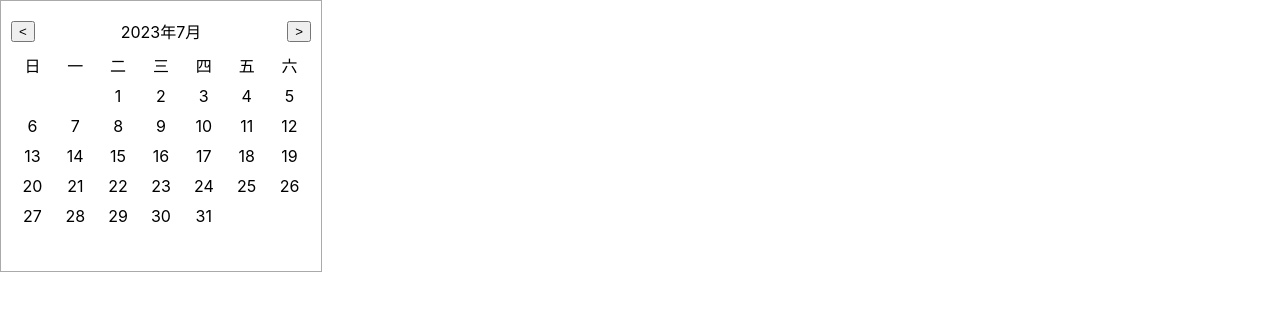
Repository: yychuiyan/calendar
Page: /
These files come from the project's save history. The page is drawn as it stood at one moment and after the next save; the edit follows.
The browser window is 1280 px wide. The pictures show the whole page.
The project was rebuilt for these pictures with package versions that can differ from the ones it lists, and the page was loaded fresh each time.

Above is the page before, as saved 2023-07-20 13:35:08.

### src/App.tsx
import React from 'react'
import Calendar from './component/Calendar'
const App = () => {
  return (
    <div>
      <Calendar />
    </div>
  )
}

export default App

### src/component/Calendar.tsx
import React, { useState } from 'react'
import './index.css'
import { monthDate } from '../utils/month'
const Calendar = () => {
  // 保存当前日期
  const [date, setDate] = useState(new Date())
  // 点击左侧按钮
  const handlePrevMonth = () => {
    setDate(new Date(date.getFullYear(), date.getMonth() - 1, 1))
  };
  // 点击右侧按钮
  const handleNextMonth = () => {
    setDate(new Date(date.getFullYear(), date.getMonth() + 1, 1))
  }
  // 计算当前月有多少天
  const daysOfMonth = (year: number, month: number) => {
    // 当date传入0的时候默认取上个月的最后一天，-1则为上个月倒数第二天，以此类推
    return new Date(year, month + 1, 0).getDate()
  }
  // 计算当前月的第一天是星期几
  const firstDayOfMonth = (year: number, month: number) => {
    return new Date(year, month, 1).getDay();
  }
  // 定义一个函数存储渲染的内容
  const renderDates = () => {
    // 定义一个数组存储恩日哦功能
    const days = []
    // 计算当前月有多少天
    const daysCount = daysOfMonth(date.getFullYear(), date.getMonth())
    // 计算当前月的第一天是星期几
    const firstDay = firstDayOfMonth(date.getFullYear(), date.getMonth())
    // 已经知道从哪里开始渲染，渲染多少天后进行循环
    for (let i = 0; i < firstDay; i++) {
      days.push(<div key={`empty-${i}`} className="empty"></div>);
    }
    for (let i = 1; i <= daysCount; i++) {
      days.push(<div key={i} className='day'>{i}</div>)
    }
    return days;
  }
  return (
    <div className="calendar">
      <div className="header">
        <button onClick={handlePrevMonth}>&lt;</button>
        <div>{date.getFullYear()}年{monthDate[date.getMonth()]}</div>
        <button onClick={handleNextMonth}>&gt;</button>
      </div>
      <div className="days">
        <div className="day">日</div>
        <div className="day">一</div>
        <div className="day">二</div>
        <div className="day">三</div>
        <div className="day">四</div>
        <div className="day">五</div>
        <div className="day">六</div>
        <div className="empty"></div>
        <div className="empty"></div>
        <div className="day">1</div>
        <div className="day">2</div>
        <div className="day">3</div>
        <div className="day">4</div>
        <div className="day">5</div>
        <div className="day">6</div>
        <div className="day">7</div>
        <div className="day">8</div>
        <div className="day">9</div>
        <div className="day">10</div>
        <div className="day">11</div>
        <div className="day">12</div>
        <div className="day">13</div>
        <div className="day">14</div>
        <div className="day">15</div>
        <div className="day">16</div>
        <div className="day">17</div>
        <div className="day">18</div>
        <div className="day">19</div>
        <div className="day">20</div>
        <div className="day">21</div>
        <div className="day">22</div>
        <div className="day">23</div>
        <div className="day">24</div>
        <div className="day">25</div>
        <div className="day">26</div>
        <div className="day">27</div>
        <div className="day">28</div>
        <div className="day">29</div>
        <div className="day">30</div>
        <div className="day">31</div>
      </div>
    </div>
  )
}

export default Calendar

### src/component/index.css
.calendar {
  border: 1px solid #aaa;
  padding: 10px;
  width: 300px;
  height: 250px;
}

.header {
  display: flex;
  justify-content: space-between;
  align-items: center;
  height: 40px;
}

.days {
  display: flex;
  flex-wrap: wrap;
}

.empty, .day {
  width: calc(100% / 7);
  text-align: center;
  line-height: 30px;
}

.day:hover {
  background-color: #ccc;
  cursor: pointer;
}

### src/utils/month.js
export const monthDate = [
  '1月',
  '2月',
  '3月',
  '4月',
  '5月',
  '6月',
  '7月',
  '8月',
  '9月',
  '10月',
  '11月',
  '12月',
]

Loaded but not shown: public/index.html (common file); src/index.tsx (common file); src/index.css (common file); src/reportWebVitals.ts (common file)

After the next save:
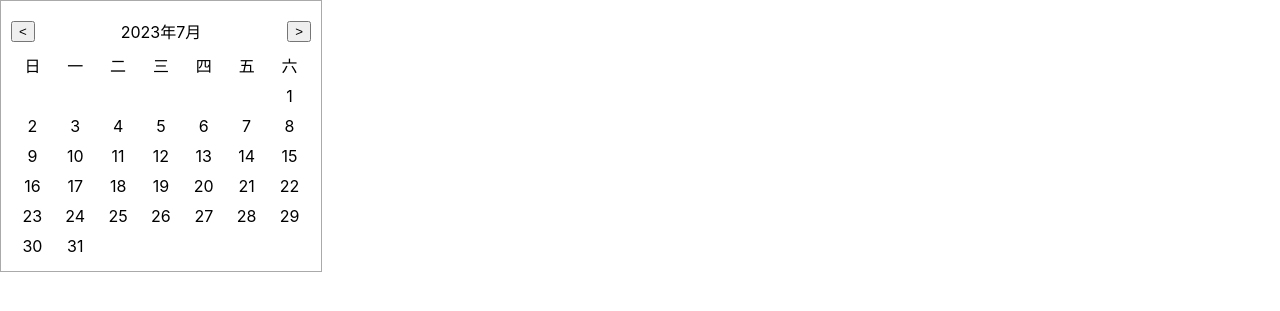
Saved 65 s later.
--- a/src/component/Calendar.tsx
+++ b/src/component/Calendar.tsx
@@ -33,6 +33,7 @@ const Calendar = () => {
     for (let i = 0; i < firstDay; i++) {
       days.push(<div key={`empty-${i}`} className="empty"></div>);
     }
+    // 渲染日期
     for (let i = 1; i <= daysCount; i++) {
       days.push(<div key={i} className='day'>{i}</div>)
     }
@@ -53,39 +54,7 @@ const Calendar = () => {
         <div className="day">四</div>
         <div className="day">五</div>
         <div className="day">六</div>
-        <div className="empty"></div>
-        <div className="empty"></div>
-        <div className="day">1</div>
-        <div className="day">2</div>
-        <div className="day">3</div>
-        <div className="day">4</div>
-        <div className="day">5</div>
-        <div className="day">6</div>
-        <div className="day">7</div>
-        <div className="day">8</div>
-        <div className="day">9</div>
-        <div className="day">10</div>
-        <div className="day">11</div>
-        <div className="day">12</div>
-        <div className="day">13</div>
-        <div className="day">14</div>
-        <div className="day">15</div>
-        <div className="day">16</div>
-        <div className="day">17</div>
-        <div className="day">18</div>
-        <div className="day">19</div>
-        <div className="day">20</div>
-        <div className="day">21</div>
-        <div className="day">22</div>
-        <div className="day">23</div>
-        <div className="day">24</div>
-        <div className="day">25</div>
-        <div className="day">26</div>
-        <div className="day">27</div>
-        <div className="day">28</div>
-        <div className="day">29</div>
-        <div className="day">30</div>
-        <div className="day">31</div>
+        {renderDates()}
       </div>
     </div>
   )
